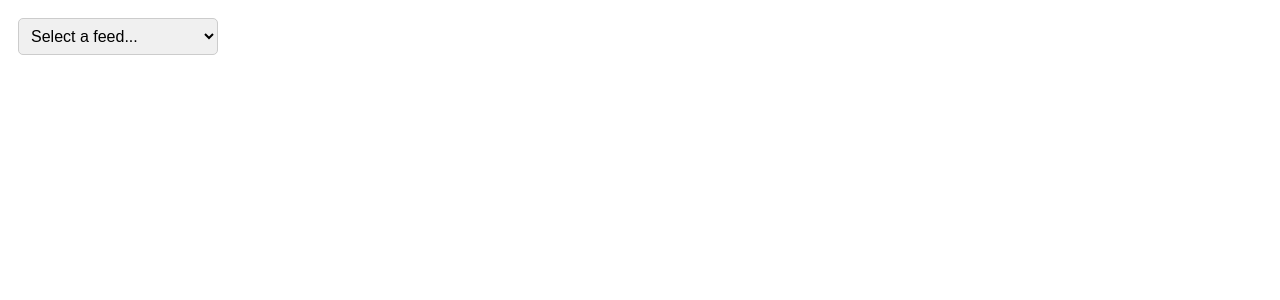
Repository: priyankadas1109/planet
Page: view/index.html
An editor plug-in stored every save of this project. The page is shown before and after the next save, followed by the edit.
The browser window is 1280 px wide. The pictures show the whole page.

Above is the page before, as saved 2025-02-13 15:00:57.

After the next save:
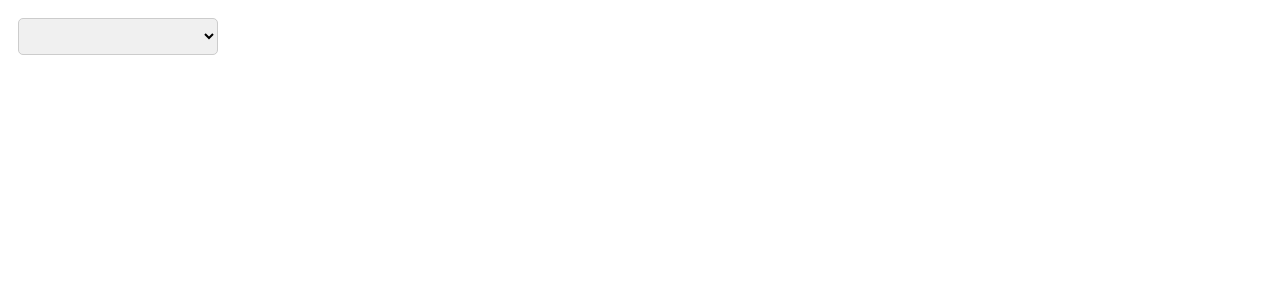
Console error: SyntaxError: Unexpected identifier 'x'
Saved 6 min 36 s later.
--- a/view/index.html
+++ b/view/index.html
@@ -60,7 +60,7 @@
   <!-- JavaScript 融入样式和功能 -->
   <script>
     // 定义所有的 API 选项
-    const feeds = [
+    const feeds = [x x
       { value: "none", name: "Select a feed..." },
       { value: "food", name: "USDA Food List" },
       { value: "usda", name: "USDA Nutrition Label" },
